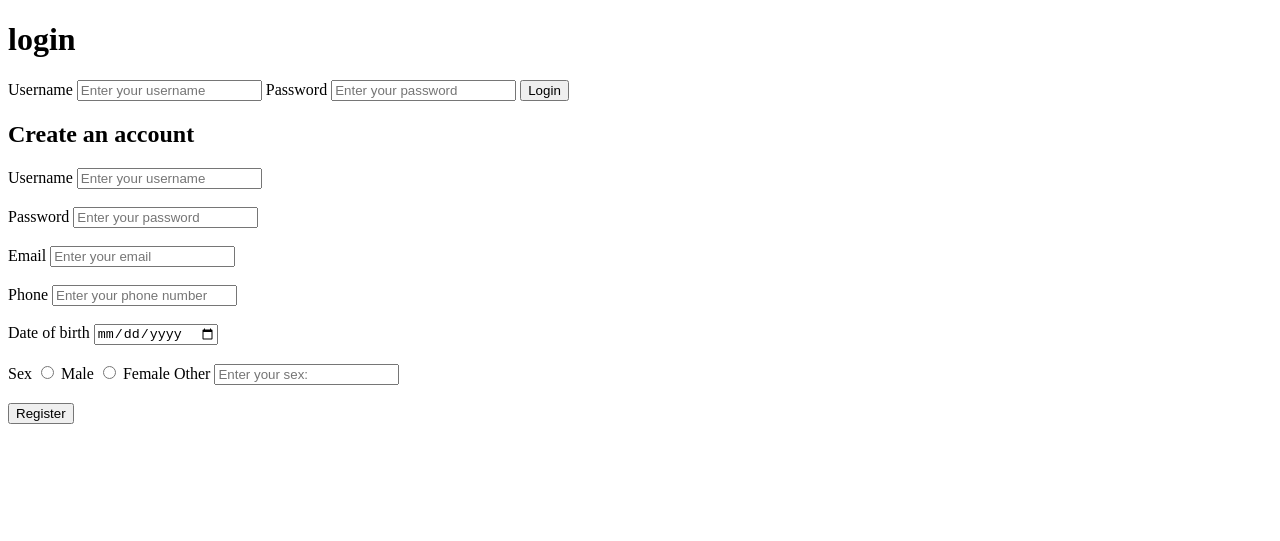
Repository: bao2222/hoc-lam-web
Page: welcome.html
An editor plug-in stored every save of this project. The page is shown before and after the next save, followed by the edit.
The browser window is 1280 px wide. The pictures show the whole page.

Above is the page before, as saved 2024-12-30 09:00:40.

### welcome.html
<!DOCTYPE html>
<html lang="en">

    <head>
        <meta charset="UTF-8">
        <title>Welcome</title>
        <meta content = "this is my website" name = "description">
        <meta author = "me">




    </head>

    <body>
        <h1>login</h1>
        <div>
            <div class="login">
                <form action="project.js" method="POST" >

                    <label for="username">Username</label>
                    <input type="text" id="username" placeholder="Enter your username" name="username" required>

                    <label for="password">Password</label>
                    <input type="password" id="password" placeholder="Enter your password" name="password" required>

                    <button type="submit">Login</button>

                </form>
            </div>

            <h2>Create an account</h2>
            <div>
                <div class="register">
                    <form action="project.js" method="POST" >

                        <label for="register_username">Username</label>
                        <input type="text" id="register_username" placeholder="Enter your username" name="register_username" required><br><br>

                        <label for="register_password">Password</label>
                        <input type="password" id="register_password" placeholder="Enter your password" name="password" required><br><br>

                        <label for="register_email">Email</label>
                        <input type="email" id="register_email" placeholder="Enter your email" name="email" required><br><br>

                        <label for="register_phone">Phone</label>
                        <input type="tel" id="register_phone" placeholder="Enter your phone number" name="phone" required><br><br>

                        <label for="register_dob">Date of birth</label>
                        <input type="date" id="register_dob" placeholder="Enter your date of birth" name="dob" required><br><br>

                        <label for="register_sex">Sex</label>
                        <input type="radio" id="register_male" name="sex" value="male" required>
                        <label for="register_male">Male</label>
                        <input type="radio" id="register_female" name="sex" value="female" required>
                        <label for="register_female">Female</label>
                        <label for="register_other">Other</label>
                        <input type="text" id="register_other" placeholder="Enter your sex: " name="other" required><br><br>


                        <button type="submit">Register</button>

                    </form>



                </div>


            </div>



        </div>





    </body>





</html>

After the next save:
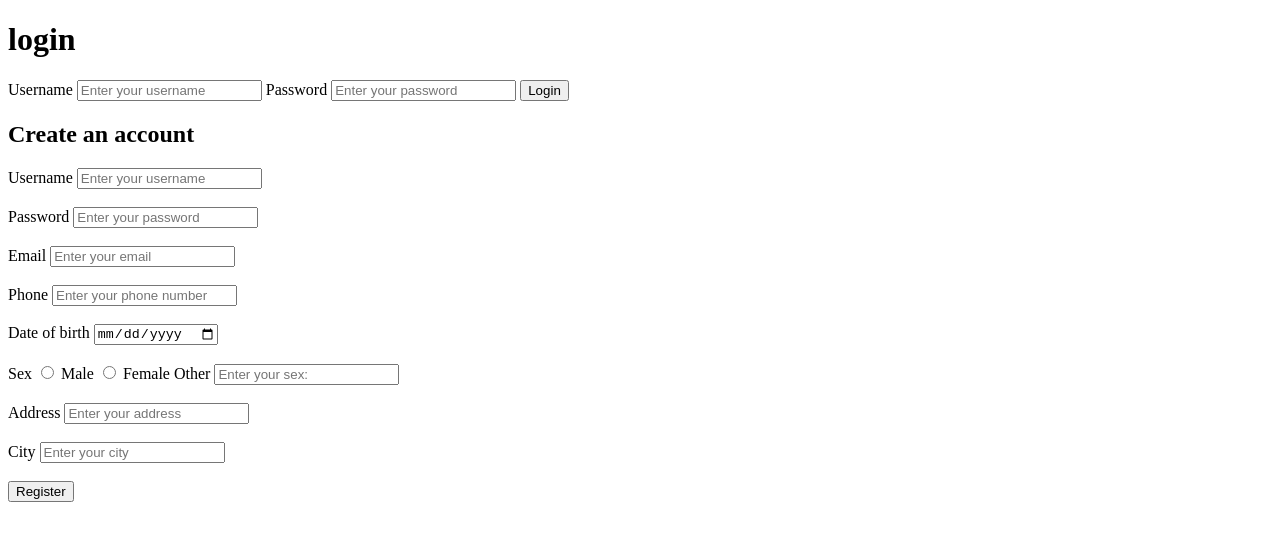
Saved 63 s later.
--- a/welcome.html
+++ b/welcome.html
@@ -57,6 +57,12 @@
                         <label for="register_other">Other</label>
                         <input type="text" id="register_other" placeholder="Enter your sex: " name="other" required><br><br>
 
+                        <label for="register_address">Address</label>
+                        <input type="text" id="register_address" placeholder="Enter your address" name="address" required><br><br>
+
+                        <label for="register_city">City</label>
+                        <input type="text" id="register_city" placeholder="Enter your city" name="city" required><br><br>
+
 
                         <button type="submit">Register</button>
 
